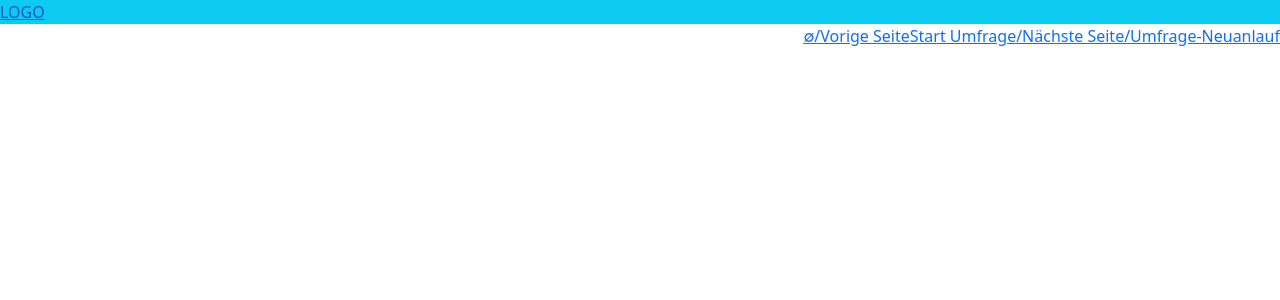
Repository: stephane71183101/Stephane-Personal-Health-Survey
Page: http://localhost/form-q01-start-page.php
An editor plug-in stored every save of this project. The page is shown before and after the next save, followed by the edit.
The browser window is 1280 px wide. The pictures show the whole page.
The page is run by PHP 8.4 with error messages shown; the project is at /var/www/html/.

Above is the page before, as saved 2022-03-15 14:03:03.

### form-q01-start-page.php
<!DOCTYPE html>
<html lang="en">
<head>
    <meta charset="UTF-8">
    <meta http-equiv="X-UA-Compatible" content="IE=edge">
    <meta name="viewport" content="width=device-width, initial-scale=1.0">
    <title>Document</title>
    <link href="https://cdn.jsdelivr.net/npm/bootstrap@5.1.3/dist/css/bootstrap.min.css" rel="stylesheet" integrity="sha384-1BmE4kWBq78iYhFldvKuhfTAU6auU8tT94WrHftjDbrCEXSU1oBoqyl2QvZ6jIW3" crossorigin="anonymous">
    <script src="https://cdn.jsdelivr.net/npm/bootstrap@5.1.3/dist/js/bootstrap.bundle.min.js" integrity="sha384-ka7Sk0Gln4gmtz2MlQnikT1wXgYsOg+OMhuP+IlRH9sENBO0LRn5q+8nbTov4+1p" crossorigin="anonymous"></script>
</head>

<header>
<nav>
    <a class="nav justify-content-start bg-info" href="#">LOGO</a>
    <div class="nav justify-content-end">
        <a class="button" href="#">&#8709;/Vorige Seite</a>
        <a class="button" href="#">Start Umfrage/Nächste Seite/Umfrage-Neuanlauf</a>
    </div>
</nav>
</header>

<body>

</body>

<footer>
</footer>

</html>

After the next save:
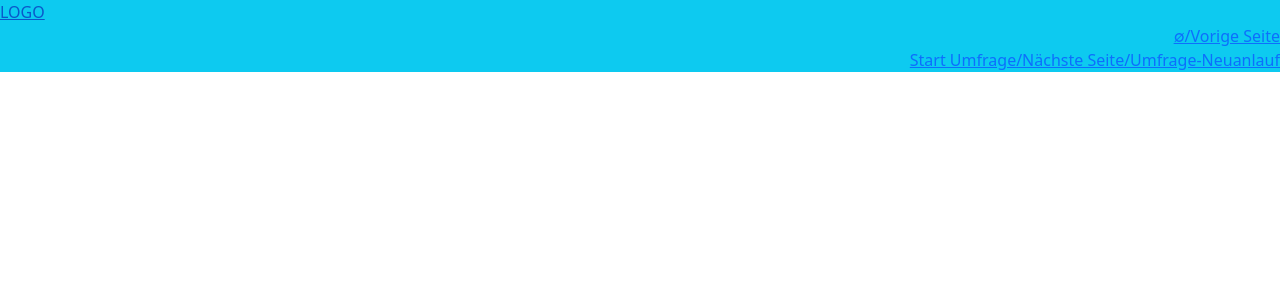
Saved 42 s later.
--- a/form-q01-start-page.php
+++ b/form-q01-start-page.php
@@ -12,10 +12,8 @@
 <header>
 <nav>
     <a class="nav justify-content-start bg-info" href="#">LOGO</a>
-    <div class="nav justify-content-end">
-        <a class="button" href="#">&#8709;/Vorige Seite</a>
-        <a class="button" href="#">Start Umfrage/Nächste Seite/Umfrage-Neuanlauf</a>
-    </div>
+        <a class="nav justify-content-end bg-info" href="#">&#8709;/Vorige Seite</a>
+        <a class="nav justify-content-end bg-info" href="#">Start Umfrage/Nächste Seite/Umfrage-Neuanlauf</a>
 </nav>
 </header>
 
